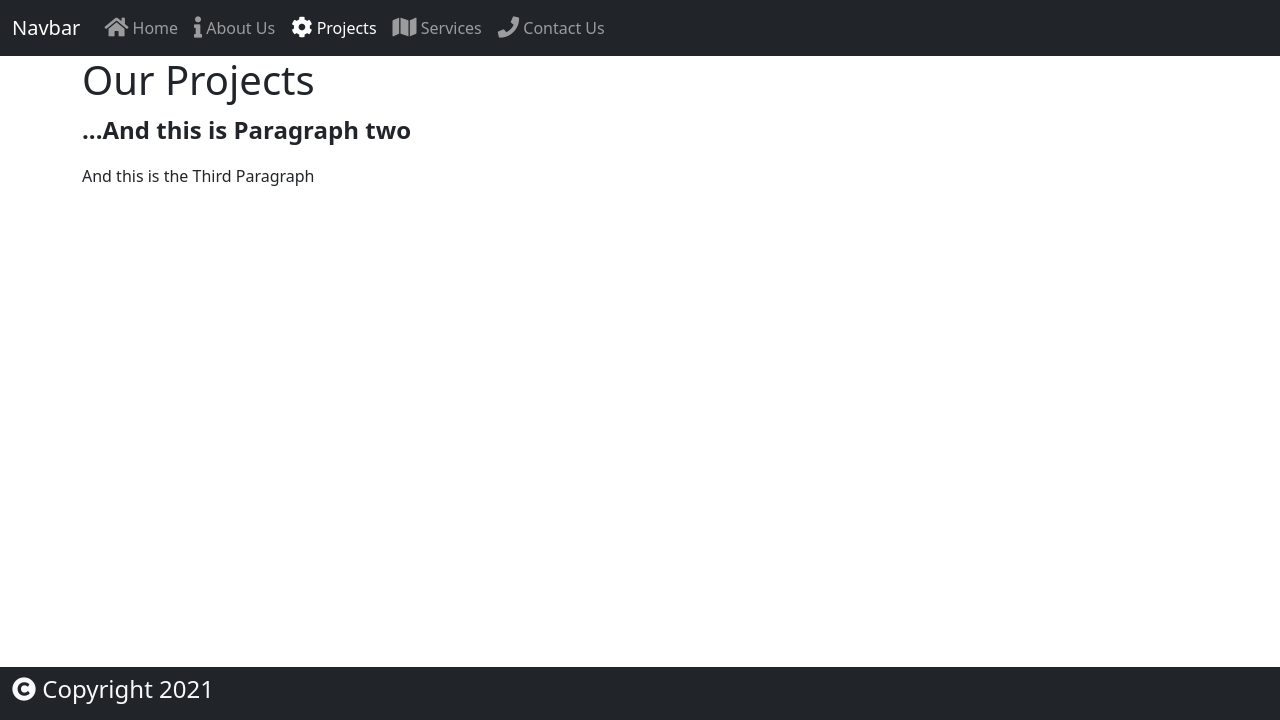
Repository: CKM206/WEBD6201-W2021---ICE1
Page: projects.html
These files come from the project's save history. The page is drawn as it stood at one moment and after the next save; the edit follows.
The browser window is 1280 px wide. The pictures show the whole page.

Above is the page before, as saved 2021-01-21 08:50:30.

After the next save:
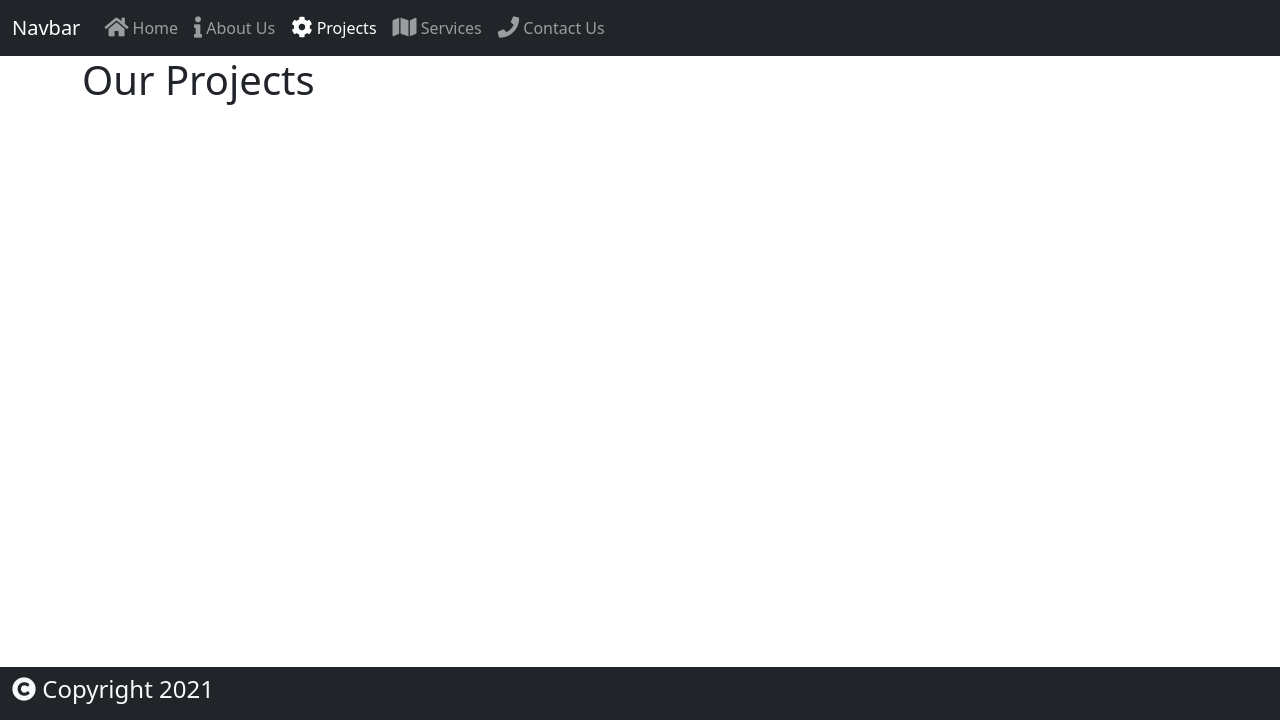
Console error: TypeError: Cannot set properties of null (setting 'textContent')
Saved 4 s later.
--- a/projects.html
+++ b/projects.html
@@ -49,7 +49,6 @@
     <!-- Main Content -->
     <main class="container">
         <h1>Our Projects</h1>
-        <p id="paragraphOne"></p>
     </main>
 
     <!-- Footer Section -->
